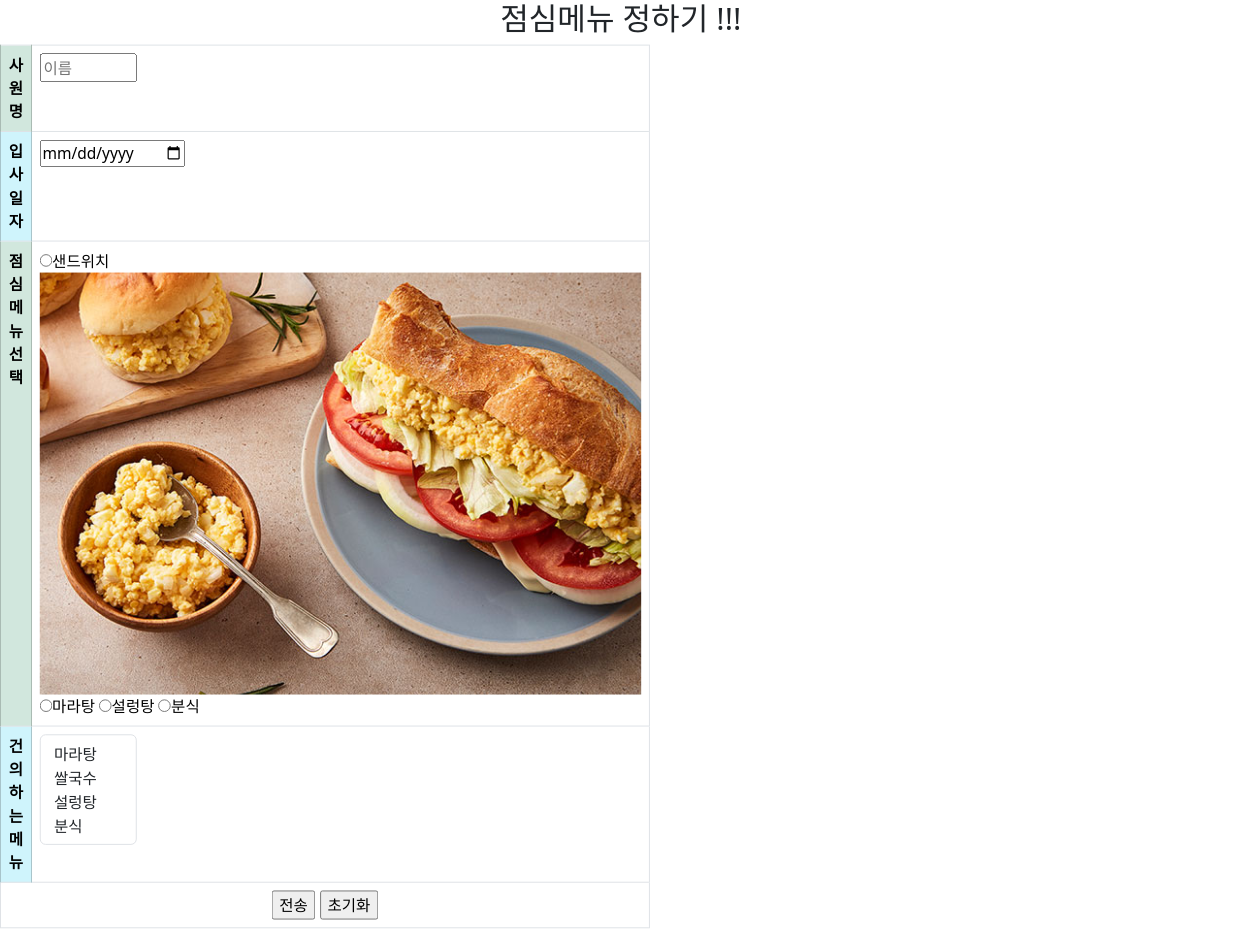
Repository: GANADAG/jspProject
Page: http://localhost/JspProject/day0228_1/qiuzForm_03.jsp
These files come from the project's save history. The page is drawn as it stood at one moment and after the next save; the edit follows.
The browser window is 1280 px wide. The pictures show the whole page, at 97% of full size.
Some web fonts or font styles are not loaded; a fallback is used. The page is served by Tomcat 9. Other server files are loaded and not shown.

Above is the page before, as saved 2024-02-28 07:54:48.

### JspProject/src/main/webapp/day0228_1/qiuzForm_03.jsp
<%@ page language="java" contentType="text/html; charset=UTF-8"
    pageEncoding="UTF-8"%>
<!DOCTYPE html>
<html>
<head>
<meta charset="UTF-8">
<link href="https://cdn.jsdelivr.net/npm/bootstrap@5.3.2/dist/css/bootstrap.min.css" rel="stylesheet">
<link href="https://fonts.googleapis.com/css2?family=Diphylleia&family=Dongle&family=Noto+Sans+KR:wght@100..900&family=Orbit&family=Stylish&display=swap" rel="stylesheet">
<script src="https://code.jquery.com/jquery-3.7.0.js"></script>

<title>Insert title here</title>

</head>
<body>
	<h2 align="center">점심메뉴 정하기 !!!</h2>
	<form action="quizWrite_03.jsp" method="post">
		<table class="table table-bordered" style="width:500px;">
			<tr>
				<th width="120" class="table-success">사원명</th>
				<td>
					<input type="text" name="name" placeholder="이름" required="required"
		 			style="width:100px">
				</td>
			</tr>

			<tr>
				<th width="120" class="table-info">입사일자</th>
				<td>
					<input type="date" name="date" placeholder="입사일자" required="required"
		 			style="width:150px">
				</td>
			</tr>

			<tr>
		 		<th width="120"  class="table-success">점심메뉴선택</th>
		 		<td width:"80" height="80">
		 			<input type="radio" name="radio" id="radio1"  >샌드위치
		 			 <img src="../image/Food/1.jpg" alt="Food Image"  >
		 			<input type="radio" name="radio" >마라탕
		 			<input type="radio" name="radio" >설렁탕
		 			<input type="radio" name="radio" >분식
		 		</td>
		 	</tr>

		 	<tr>
			<th width="120" class="table-info">건의하는메뉴</th>
			<td>
				<select name="food" class="form-control" style="width:100px;"
				multiple="multiple">
					<option value="마라탕">마라탕</option>
					<option value="쌀국수">쌀국수</option>
					<option value="설렁탕">설렁탕</option>
					<option value="분식">분식</option>
				</select>
			</td>
		</tr>

		 	<tr>
			<td colspan="2" align="center">
			<input type="submit" value="전송">
			<input type="reset" value="초기화">
			</td>
		</tr>
		</table>
	</form>
</body>
</html>

After the next save:
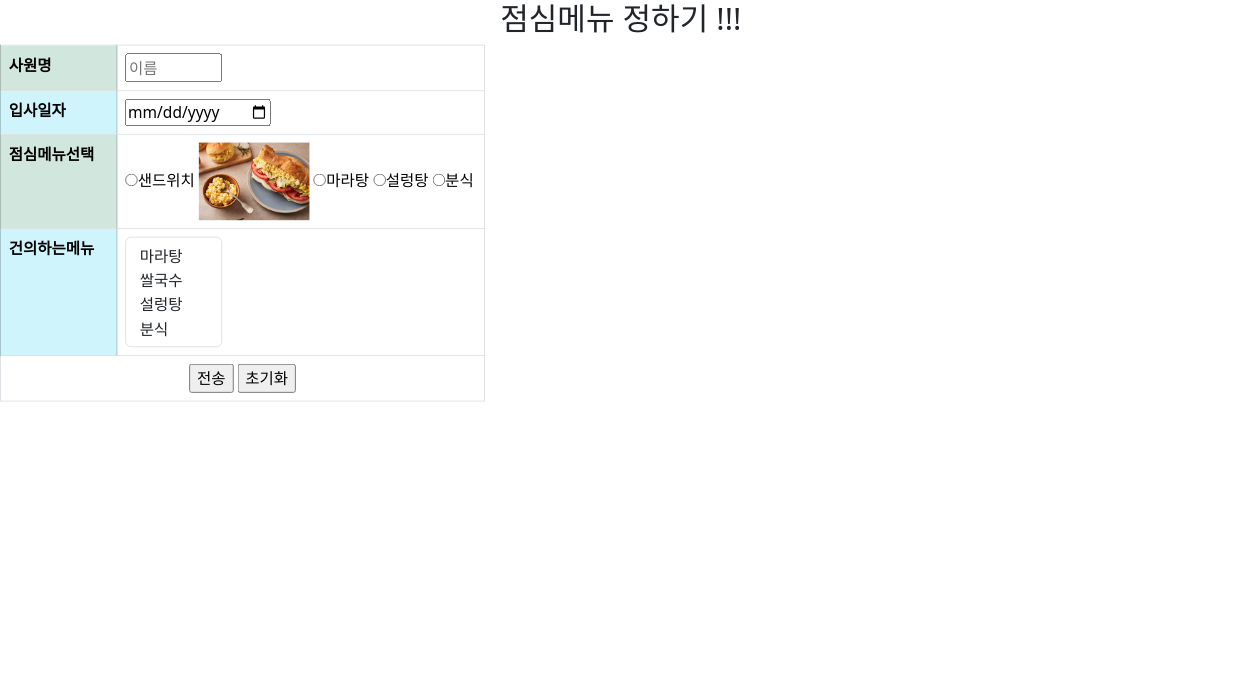
Saved 13 s later.
--- a/JspProject/src/main/webapp/day0228_1/qiuzForm_03.jsp
+++ b/JspProject/src/main/webapp/day0228_1/qiuzForm_03.jsp
@@ -33,9 +33,9 @@
 
 			<tr>
 		 		<th width="120"  class="table-success">점심메뉴선택</th>
-		 		<td width:"80" height="80">
+		 		<td>
 		 			<input type="radio" name="radio" id="radio1"  >샌드위치
-		 			 <img src="../image/Food/1.jpg" alt="Food Image"  >
+		 			 <img src="../image/Food/1.jpg" alt="Food Image"  wigth:"80" height="80"  >
 		 			<input type="radio" name="radio" >마라탕
 		 			<input type="radio" name="radio" >설렁탕
 		 			<input type="radio" name="radio" >분식
